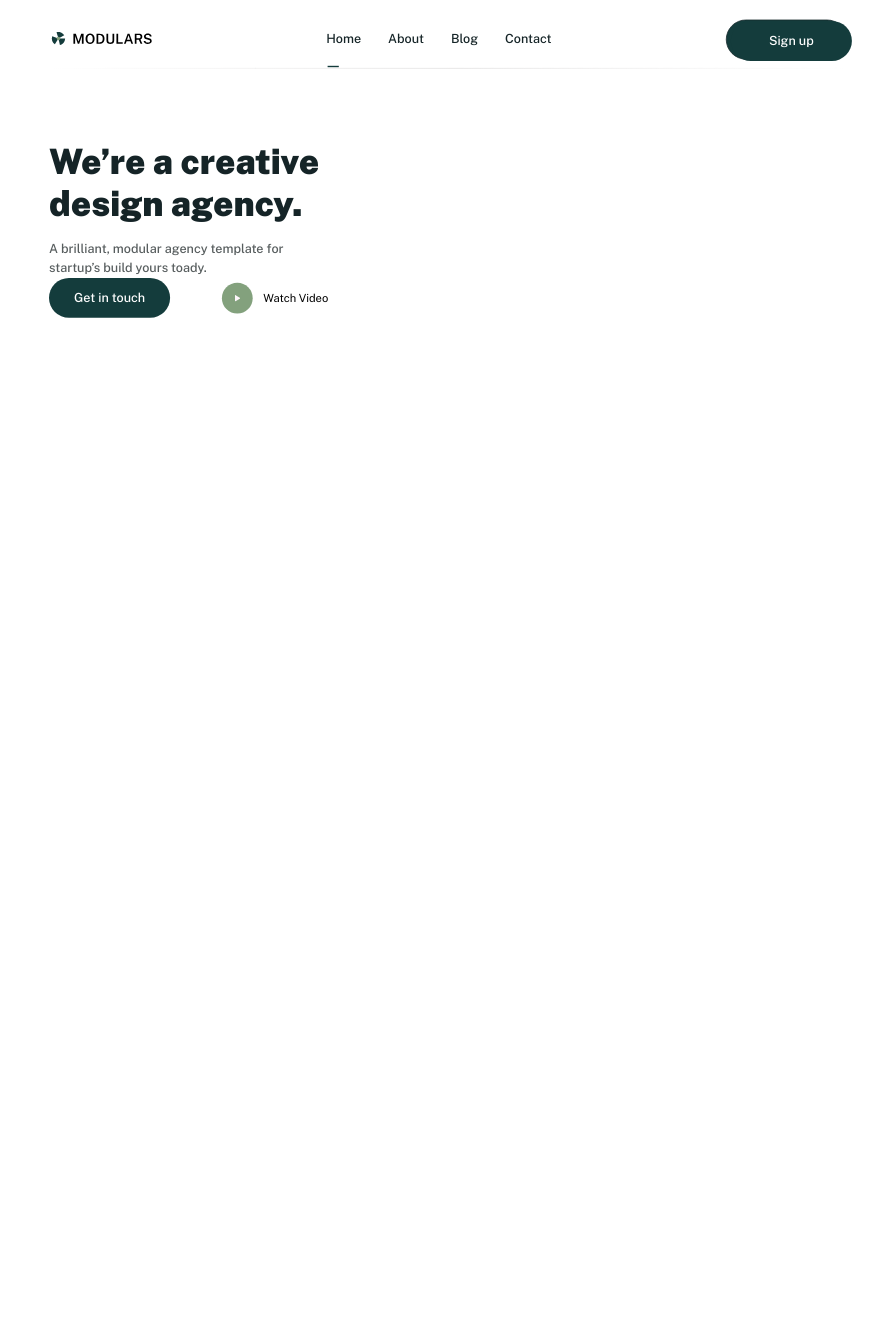
Repository: Learncode-every-day/Project-3.1
Page: index.html
An editor plug-in stored every save of this project. The page is shown before and after the next save, followed by the edit.
The browser window is 1280 px wide. The pictures show the part of the page from y = 0 to 1920 px (the page is 5015 px tall), at 70% of full size.

Above is the page before, as saved 2024-06-22 15:57:31.

After the next save:
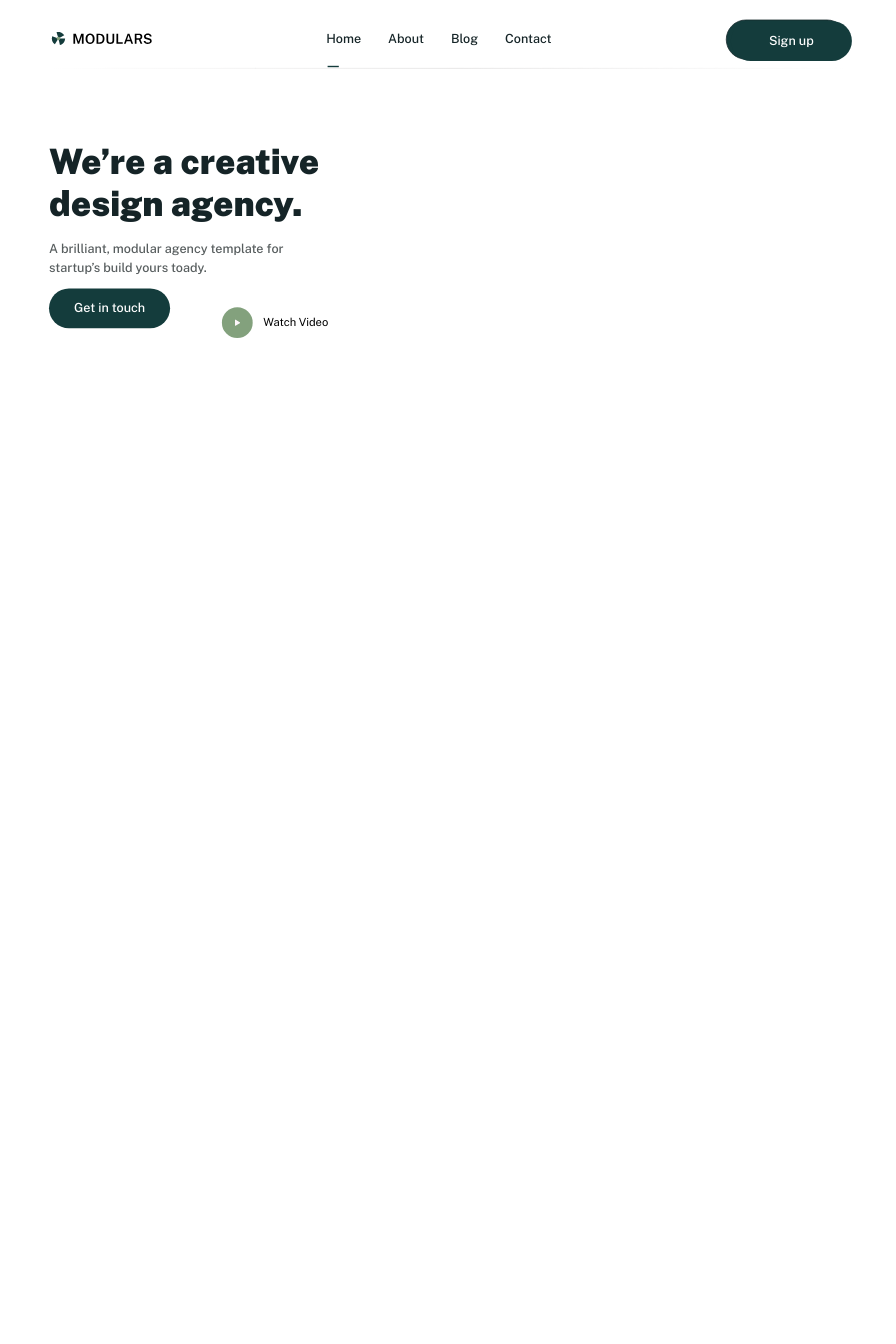
Saved 27 s later.
--- a/assets/css/style.css
+++ b/assets/css/style.css
@@ -153,6 +153,7 @@
 }
 
 .hero-action__desc {
+    margin-top: 42px;
     display: flex;
     align-items: center;
     justify-content: center;
